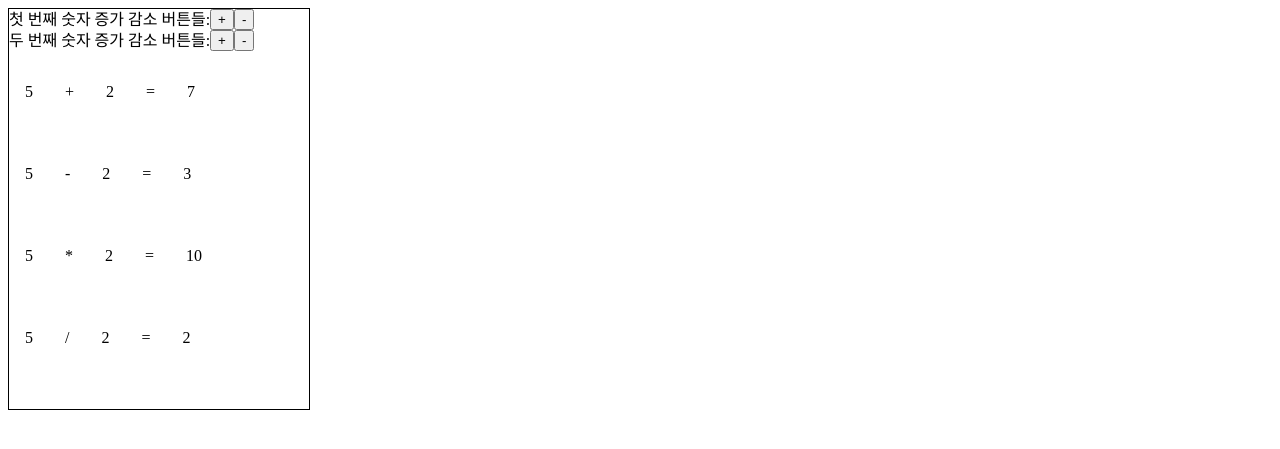
Repository: SeungYn/design-pattern
Page: mvc/index.html
An editor plug-in stored every save of this project. The page is shown before and after the next save, followed by the edit.
The browser window is 1280 px wide. The pictures show the whole page.

Above is the page before, as saved 2023-05-11 01:41:30.

After the next save:
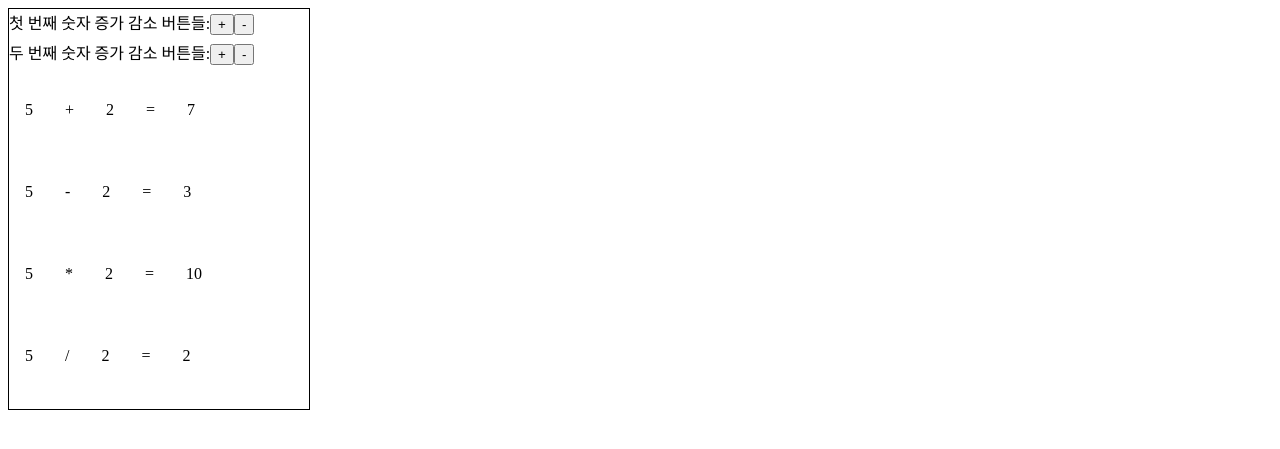
Saved 7 s later.
--- a/mvc/style.css
+++ b/mvc/style.css
@@ -15,5 +15,5 @@
 .calc-board__button-group {
   display: flex;
   align-items: center;
-  line-height: 20px;
+  line-height: 30px;
 }
